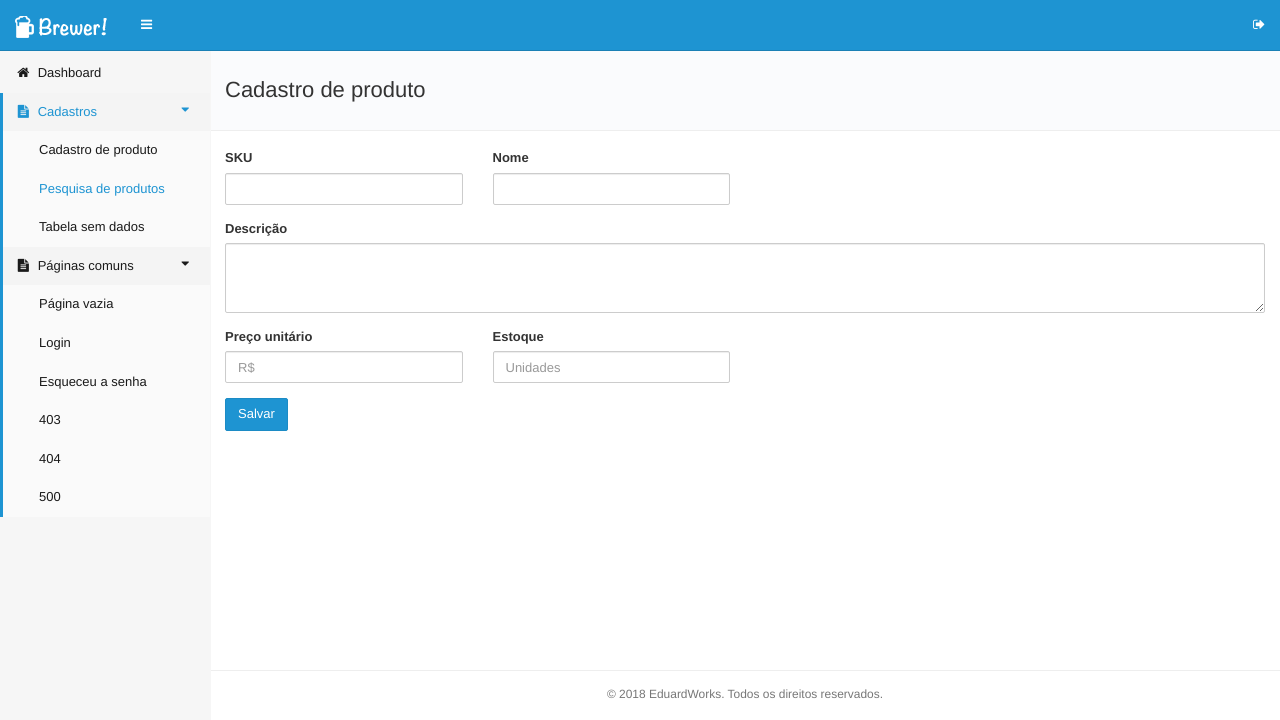
Repository: dumuller/spring-expert
Page: http://localhost/cerveja/CadastroCerveja
An editor plug-in stored every save of this project. The page is shown before and after the next save, followed by the edit.
The browser window is 1280 px wide. The pictures show the whole page.
The page is this project's Thymeleaf template; nobody is signed in. The template is opened directly, without the code that normally fills it, so the values that code supplies are empty.

Above is the page before, as saved 2018-12-10 16:25:14.

After the next save:
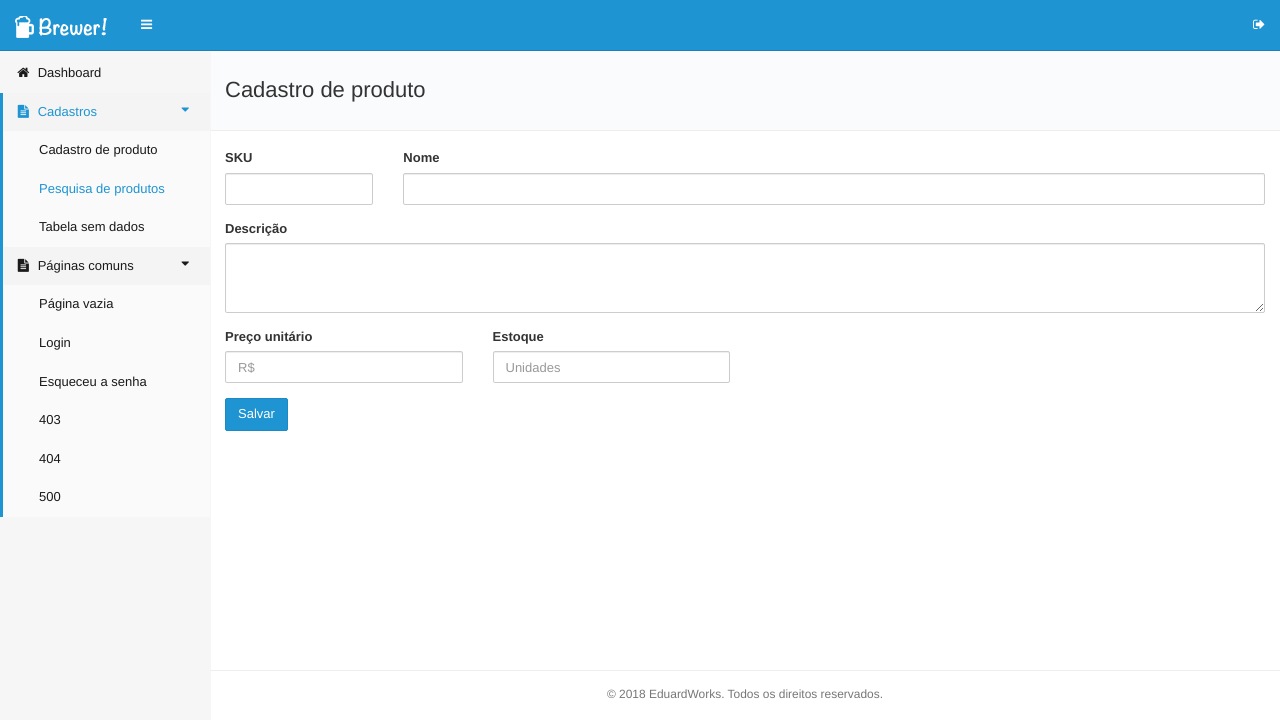
Saved 39 s later.
--- a/brewer/src/main/resources/templates/cerveja/CadastroCerveja.html
+++ b/brewer/src/main/resources/templates/cerveja/CadastroCerveja.html
@@ -114,14 +114,14 @@
 
 			<form method="POST" th:object="${cerveja}" class="form-vertical  js-form-loading">
 				<div class="row">
-						<div class="col-sm-3">
+						<div class="col-sm-2">
 							<div class="form-group">
 								<label for="sku">SKU</label>
 								<input id="sku" type="text" class="form-control"/>
 							</div>
 						</div>
 
-						<div class="col-sm-3">
+						<div class="col-sm-10">
 							<div class="form-group">
 								<label for="nome">Nome</label>
 								<input id="nome" type="text" class="form-control"></input>
